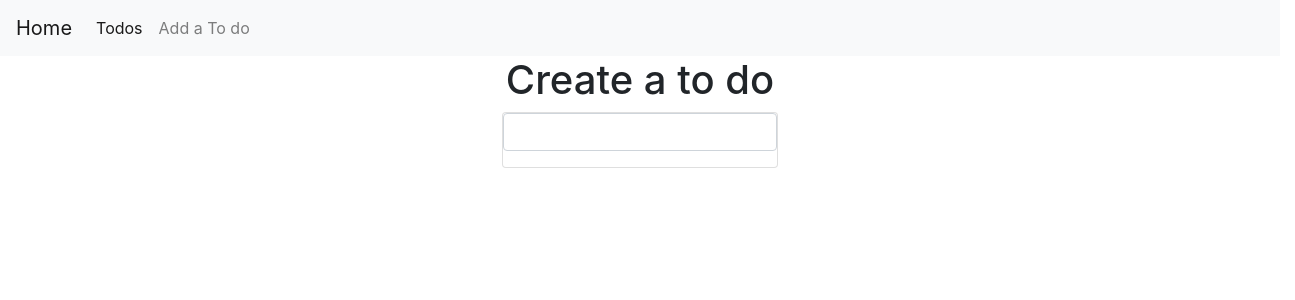
Repository: Azariagmt/laravel-to-do-app
Page: http://localhost/new-to-do
The author's editor kept a copy of each file at every save. The page is drawn from the files as they stood at one save, then again after a run of saves.
The browser window is 1280 px wide. The page is 1295 px wide, so the pictures cover 1295 px, including what lies to the right of the window. The pictures show the whole page.
The page is served by the project's Laravel application, run on PHP 8.4 with Laravel 8. Other server files are loaded and not shown.

Above is the page before, as saved 2020-04-27 22:47:32.

### routes/web.php
<?php

use Illuminate\Support\Facades\Route;

/*
|--------------------------------------------------------------------------
| Web Routes
|--------------------------------------------------------------------------
|
| Here is where you can register web routes for your application. These
| routes are loaded by the RouteServiceProvider within a group which
| contains the "web" middleware group. Now create something great!
|
*/

Route::get('/', function () {
    return view('welcome');
});

Route::get('/todos', 'TodosController@index')->name('todos');

Route::get('todos/{todo}', 'TodosController@show')->name('todo');

Route::get('/new-to-do', 'TodosController@new')->name('new');

### app/Http/Controllers/TodosController.php
<?php

namespace App\Http\Controllers;

use Illuminate\Http\Request;
use App\Todo;

class TodosController extends Controller
{
    public function index(){
        $todos = Todo::all();
        return view('todos.index', [
            'todos' => $todos
        ]);
    }
    public function show($todoId){

        $todo = Todo::find($todoId);
        return view('todos.show',[
            'todo' => $todo
        ]);
    }
    public function new(){
        return view('todos.new');
    }
}

### resources/views/todos/new.blade.php
@extends('layouts')

@section('content')
<h1 class="text-center">
Create a to do
</h1>
<div class="row justify-content-center">
<div class="card card-default">
<class="card-body">
<form action="">
<div class="form-group">
<input type="text" class="form-control" name="name">
</div>
</form>

</div>
</div>
@endsection

### resources/views/layouts.blade.php
<!DOCTYPE html>
<!--[if lt IE 7]>      <html class="no-js lt-ie9 lt-ie8 lt-ie7"> <![endif]-->
<!--[if IE 7]>         <html class="no-js lt-ie9 lt-ie8"> <![endif]-->
<!--[if IE 8]>         <html class="no-js lt-ie9"> <![endif]-->
<!--[if gt IE 8]><!--> <html class="no-js"> <!--<![endif]-->
    <head>
        <meta charset="utf-8">
        <meta http-equiv="X-UA-Compatible" content="IE=edge">
        <title>To do app</title>
        <meta name="description" content="">
        <meta name="viewport" content="width=device-width, initial-scale=1">
        <link rel="stylesheet" href="https://stackpath.bootstrapcdn.com/bootstrap/4.4.1/css/bootstrap.min.css" integrity="sha384-Vkoo8x4CGsO3+Hhxv8T/Q5PaXtkKtu6ug5TOeNV6gBiFeWPGFN9MuhOf23Q9Ifjh" crossorigin="anonymous">
        <link rel="stylesheet" href="">
    </head>
    <body>
        <!--[if lt IE 7]>
            <p class="browsehappy">You are using an <strong>outdated</strong> browser. Please <a href="#">upgrade your browser</a> to improve your experience.</p>
        <![endif]-->
        <nav class="navbar navbar-expand-lg navbar-light bg-light">
  <a class="navbar-brand" href="/">Home</a>
  <button class="navbar-toggler" type="button" data-toggle="collapse" data-target="#navbarNav" aria-controls="navbarNav" aria-expanded="false" aria-label="Toggle navigation">
    <span class="navbar-toggler-icon"></span>
  </button>
  <div class="collapse navbar-collapse" id="navbarNav">
    <ul class="navbar-nav">
      <li class="nav-item active">
        <a class="nav-link" href="{{route('todos')}}">Todos <span class="sr-only">(current)</span></a>
      </li>
      <li class="nav-item">
        <a class="nav-link" href="{{route('new')}}">Add a To do <span class="sr-only">(current)</span></a>
      </li>
    </ul>
  </div>
</nav>
        @yield('content')
        <script src="" async defer></script>
    </body>
</html>

Loaded but not shown: app/Http/Controllers/Controller.php (common file)

After the next 2 saves:
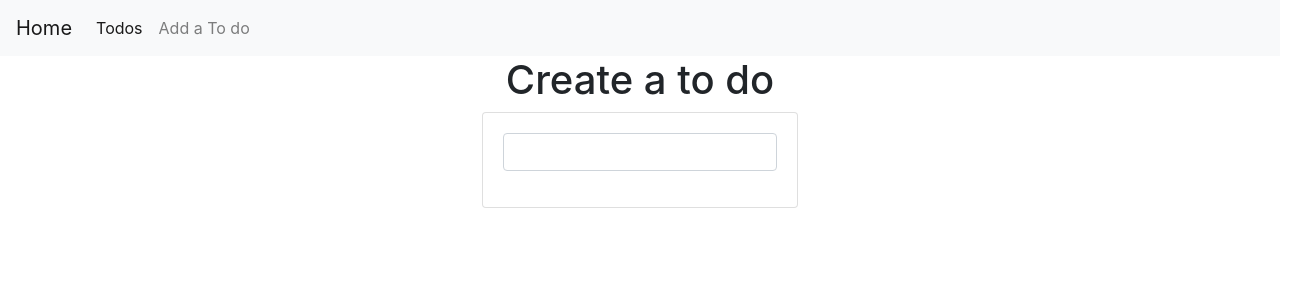
The 2 saves are shown as one change because they came seconds apart.
The last was saved 6 s later.
--- a/resources/views/todos/new.blade.php
+++ b/resources/views/todos/new.blade.php
@@ -6,7 +6,7 @@ Create a to do
 </h1>
 <div class="row justify-content-center">
 <div class="card card-default">
-<class="card-body">
+<div class="card-body">
 <form action="">
 <div class="form-group">
 <input type="text" class="form-control" name="name">
